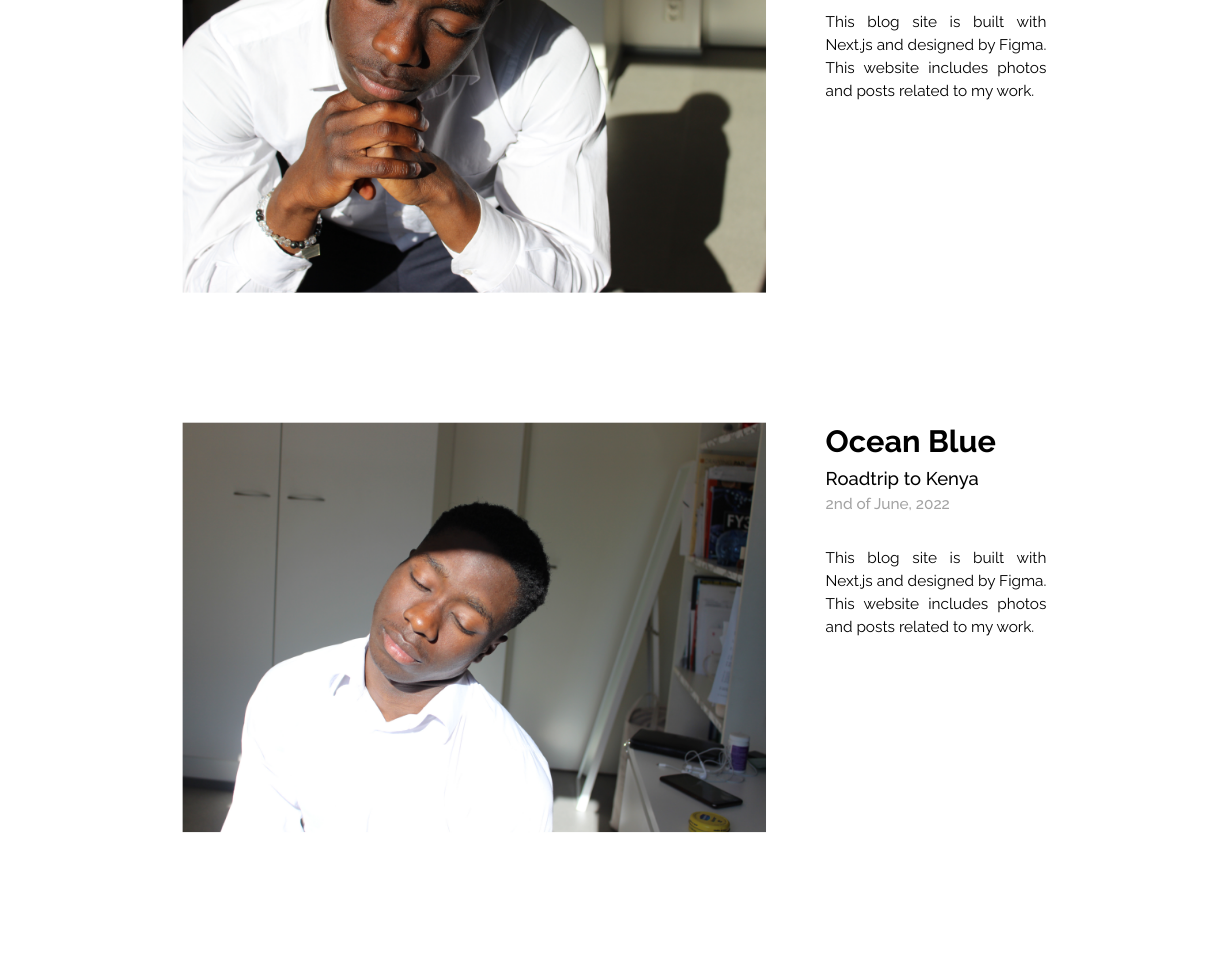
Repository: Graquick/Blog
Page: /photos
The author's editor kept a copy of each file at every save. The page is drawn from the files as they stood at one save, then again after the next save.
The browser window is 1280 px wide. The pictures show the whole page, at 96% of full size.
The project was rebuilt for these pictures with package versions that can differ from the ones it lists, and the page was loaded fresh each time. The framework's server and built-in components were replaced by stand-ins that run in the browser. Also part of the build but not shown: next.config.js, components/Footer.js.

Above is the page before, as saved 2022-07-07 14:30:51.

After the next save:
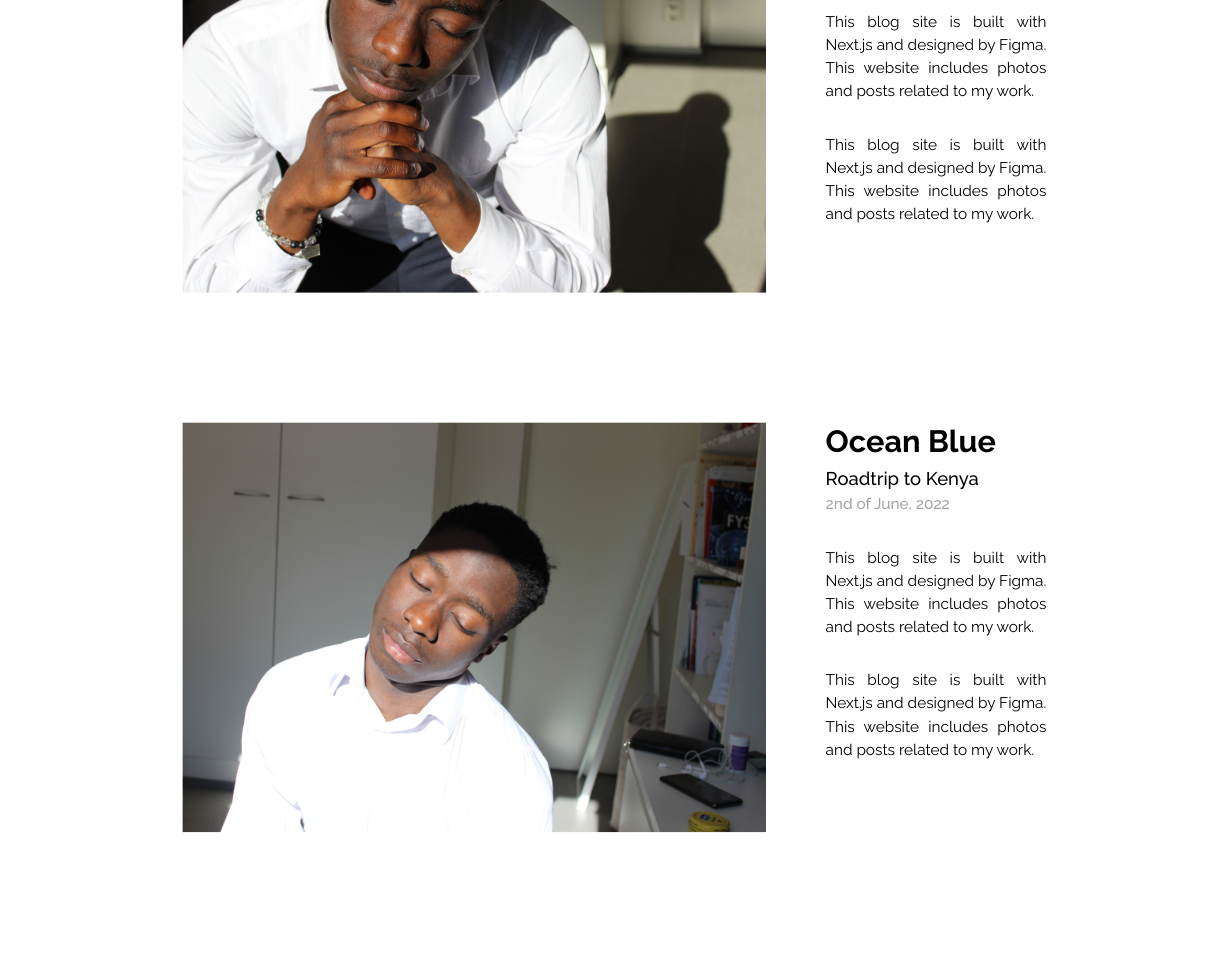
Saved 6 s later.
--- a/pages/photos.js
+++ b/pages/photos.js
@@ -58,6 +58,7 @@ export default function Photos() {
                       <span className="font-medium cursor-default text-neutral-400">{desc.date}</span>
                     </div>
                     <p className="text-[1rem] cursor-default text-justify">{desc.text}</p>
+                    <p className="text-[1rem] cursor-default text-justify">{desc.text}</p>
                   </div>
                 ))}
               </div>
